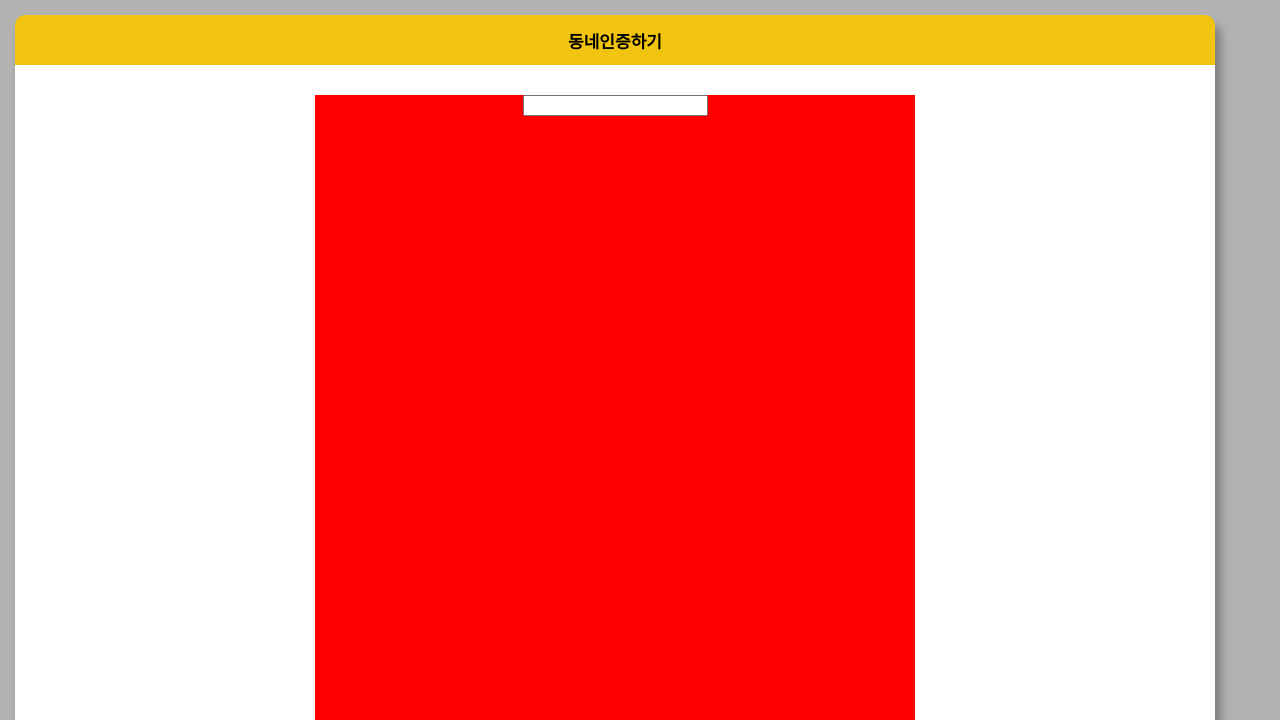
Repository: Corn-Market/Front-end
Page: http://localhost/CornMarket/resources/views/popup_profile_update.jsp
These files come from the project's save history. The page is drawn as it stood at one moment and after the next save; the edit follows.
The browser window is 1280 px wide. The pictures show the whole page.
The page is served by Tomcat 9. Other server files are loaded and not shown.

Above is the page before, as saved 2022-12-19 05:48:52.

### CornMarket/src/main/webapp/resources/views/popup_profile_update.jsp
<%@ page language="java" contentType="text/html; charset=UTF-8"
    pageEncoding="UTF-8"%>
<%@ taglib uri="http://java.sun.com/jsp/jstl/core" prefix="c" %>
<c:set var="path" value="${pageContext.request.contextPath}"/>
<!DOCTYPE html>
<html>
<head>
<meta charset="EUC-KR">
<title>Insert title here</title>
<link rel="stylesheet" href="${path}/resources/css/popup_mytown.css"/>
<script src="https://ajax.googleapis.com/ajax/libs/jquery/3.5.1/jquery.min.js"></script><script src="https://ajax.googleapis.com/ajax/libs/jquery/3.5.1/jquery.min.js"></script>
</head>
<body>
	<div class="container">
        <div class="popup-wrap" id="popup">
          <div class="popup">
            <div class="popup-head">
                <span class="head-title">동네인증하기</span>
            </div>
            <div class="popup-body">
              <div class="body-content">
                <div class="body-titlebox">
                  <input type="text" class="img_loader">
                </div>
                <div class="body-contentbox">
                  <input type="button" class="serach_btn" value="불러오기">
                </div>
              </div>
            </div>
            <div class="popup-foot">
              <span class="pop-btn confirm" id="confirm" onclick="">저장</span>
              <span class="pop-btn close" id="close" onclick="">창 닫기</span>
            </div>
          </div>
         </div>
    </div>
</body>
</html>

### CornMarket/src/main/webapp/resources/css/popup_mytown.css
.popup-wrap{
    background-color:rgba(0,0,0,.3);
    justify-content:center;
    align-items:center;
    position:fixed;
    top:0;
    left:0;
    right:0;
    bottom:0;
    padding:15px;

  }

  .popup{
    width:1200px;
    max-width:1500px;
    border-radius:10px;
    overflow:hidden;
    background-color:rgb(241, 196, 15);
    font-size: 17px;
    font-weight: bold;
    box-shadow: 5px 10px 10px 1px rgba(0,0,0,.3);
  }

  .popup-head{
    width:100%;
    height:50px;
    display:flex;
    align-items:center;
    justify-content:center;
  }

  .popup-body{
    background-color:#ffffff;
  }
  .body-content{
    padding:20px;
  }
  .body-titlebox{
    text-align:center;
    width:600px;
    height:700px;
    background-color:red;
    margin:10px auto;
  }
  .body-contentbox{

    margin:10px auto;
  }

  .popup-foot{
    width:100%;
    height:50px;
    display: flex;
  }

  .pop-btn{
    display:inline-flex;
    width:50%;
    height:100%;
    justify-content:center;
    align-items:center;
    float:left;
    color:rgb(255, 255, 255);
    cursor:pointer;
  }
  .pop-btn.confirm{
    border-right:1px solid black;
  }

After the next save:
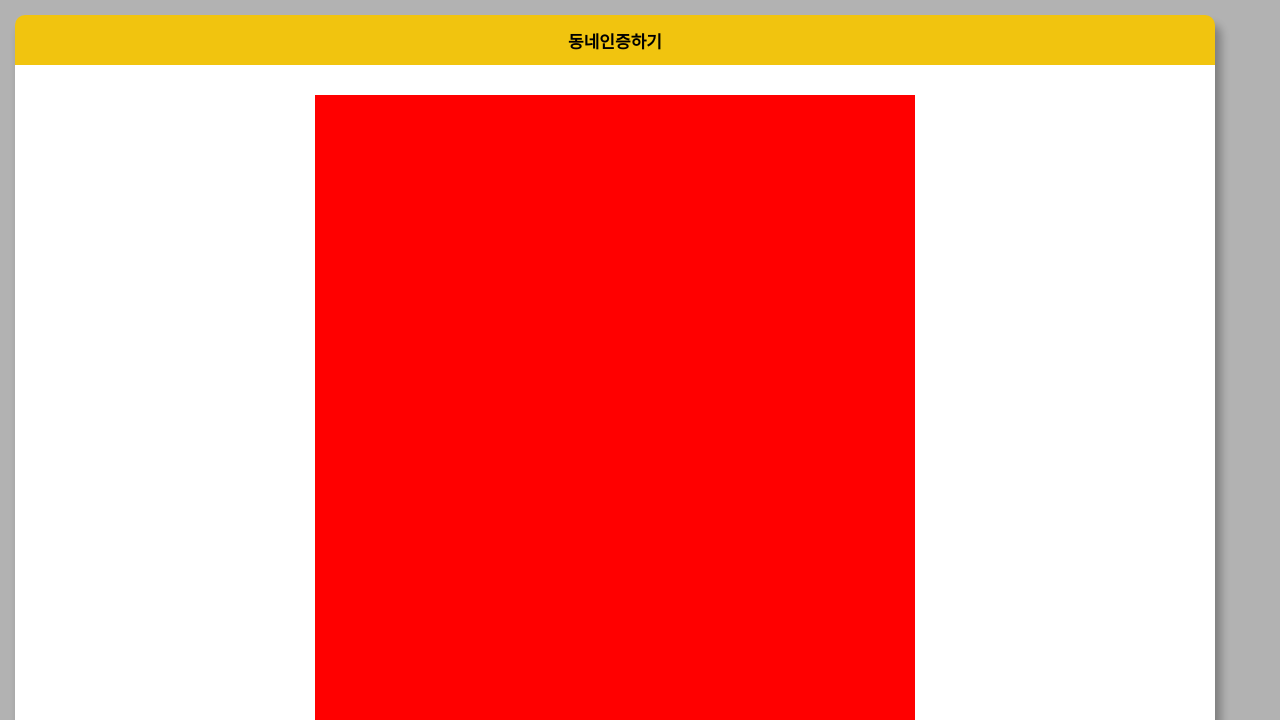
Saved 3 s later.
--- a/CornMarket/src/main/webapp/resources/views/popup_profile_update.jsp
+++ b/CornMarket/src/main/webapp/resources/views/popup_profile_update.jsp
@@ -20,7 +20,6 @@
             <div class="popup-body">
               <div class="body-content">
                 <div class="body-titlebox">
-                  <input type="text" class="img_loader">
                 </div>
                 <div class="body-contentbox">
                   <input type="button" class="serach_btn" value="불러오기">
